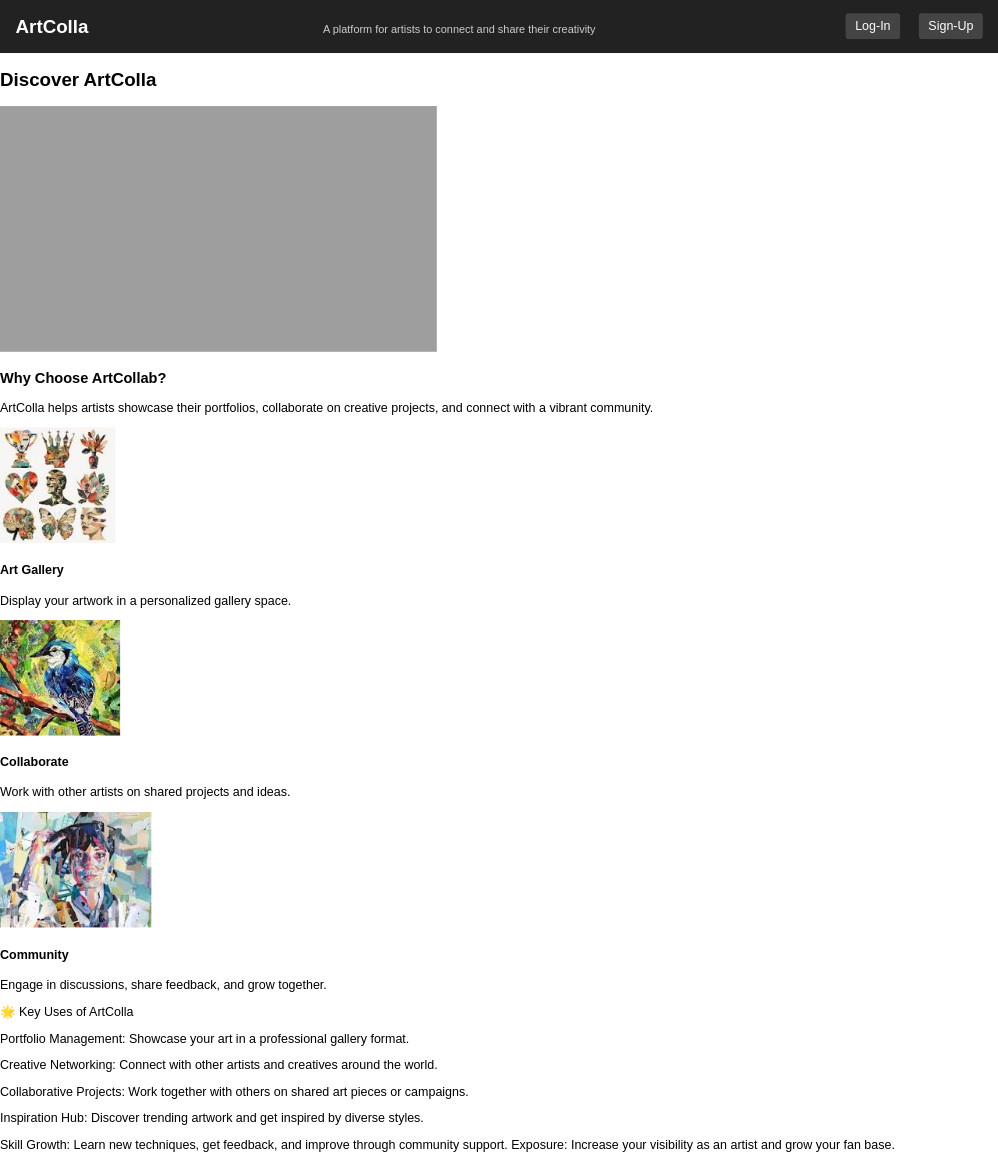
Repository: jeevanReddyP/ArtCollab_App
Page: index.html
An editor plug-in stored every save of this project. The page is shown before and after a run of saves, followed by the edit.
The browser window is 1280 px wide. The pictures show the whole page, at 78% of full size.
Pictures or frames that could not be fetched are drawn as grey boxes.

Above is the page before, as saved 2025-06-11 16:36:45.

### index.html
<!DOCTYPE html>
<html lang="en">
<head>
    <meta charset="UTF-8">
    <meta name="viewport" content="width=device-width, initial-scale=1.0">
    <title>Document</title>
    <link rel="stylesheet" href="index.css">
</head>
<body>
    <div id="navbar">
                 <h2>ArtColla</h2>
            <p>A platform for artists to connect and share their creativity</p>
            <div class="links">
            <a href="login.html">Log-In</a>
            <a href="signup.html">Sign-Up</a>
            </div>
    </div>
   <main id="home-page">
     <section class="intro-video">
  <h2>Discover ArtColla</h2>
  <iframe width="560" height="315"
          src="https://www.youtube.com/embed/BIj71N1tk-0"
          title="Discover ArtColla"
          frameborder="0"
          allow="accelerometer; autoplay; clipboard-write; encrypted-media; gyroscope; picture-in-picture; web-share"
          allowfullscreen>
  </iframe>
</section>
<section class="app-details">
<h3>Why Choose ArtCollab?</h3>
 <p>ArtColla helps artists showcase their portfolios, collaborate on creative projects, and connect with a vibrant community.</p>

  <div class="features">
      <div class="feature">
        <img src="data:[embedded picture, 9487 characters]" alt="Gallery Feature">
        <h4>Art Gallery</h4>
        <p>Display your artwork in a personalized gallery space.</p>
      </div>

      <div class="feature">
        <img src="data:[embedded picture, 12939 characters]" alt="Collaboration Feature">
        <h4>Collaborate</h4>
        <p>Work with other artists on shared projects and ideas.</p>
      </div>

      <div class="feature">
        <img src="data:[embedded picture, 12347 characters]" alt="Community Feature">
        <h4>Community</h4>
        <p>Engage in discussions, share feedback, and grow together.</p>
      </div>
    </div>
</section>
<section class="discription">
<p>
    🌟 Key Uses of ArtColla
<p>Portfolio Management: Showcase your art in a professional gallery format.</p>

<p>Creative Networking: Connect with other artists and creatives around the world.</p>

<p>Collaborative Projects: Work together with others on shared art pieces or campaigns.</p>
<p>Inspiration Hub: Discover trending artwork and get inspired by diverse styles.</p>
Skill Growth: Learn new techniques, get feedback, and improve through community support.

Exposure: Increase your visibility as an artist and grow your fan base.
</p>
</section>
  </main>
</body>
</html>

### index.css
body{
  margin: 0%;
  font-family: sans-serif;
}
#navbar{
background-color:#222;
color: white;
display: flex;
padding: 20px;
justify-content: space-between;
align-items: center;
flex-wrap: wrap;
}
#navbar h2{
   margin: 0;
   font-size: 24px;
}
#navbar p{
    margin: 5px 0 0 0;
    font-size: 14px;
    color: #ccc;
}
.links a{
margin-left: 20px;
text-decoration: none;
color: white;
background-color: #444;
padding: 8px 12px;
border-radius: 4px;
transition: backgroun-color 0.3s;
}
.nav-links a:hover {
  background-color: #666;
}

After the next 4 saves:
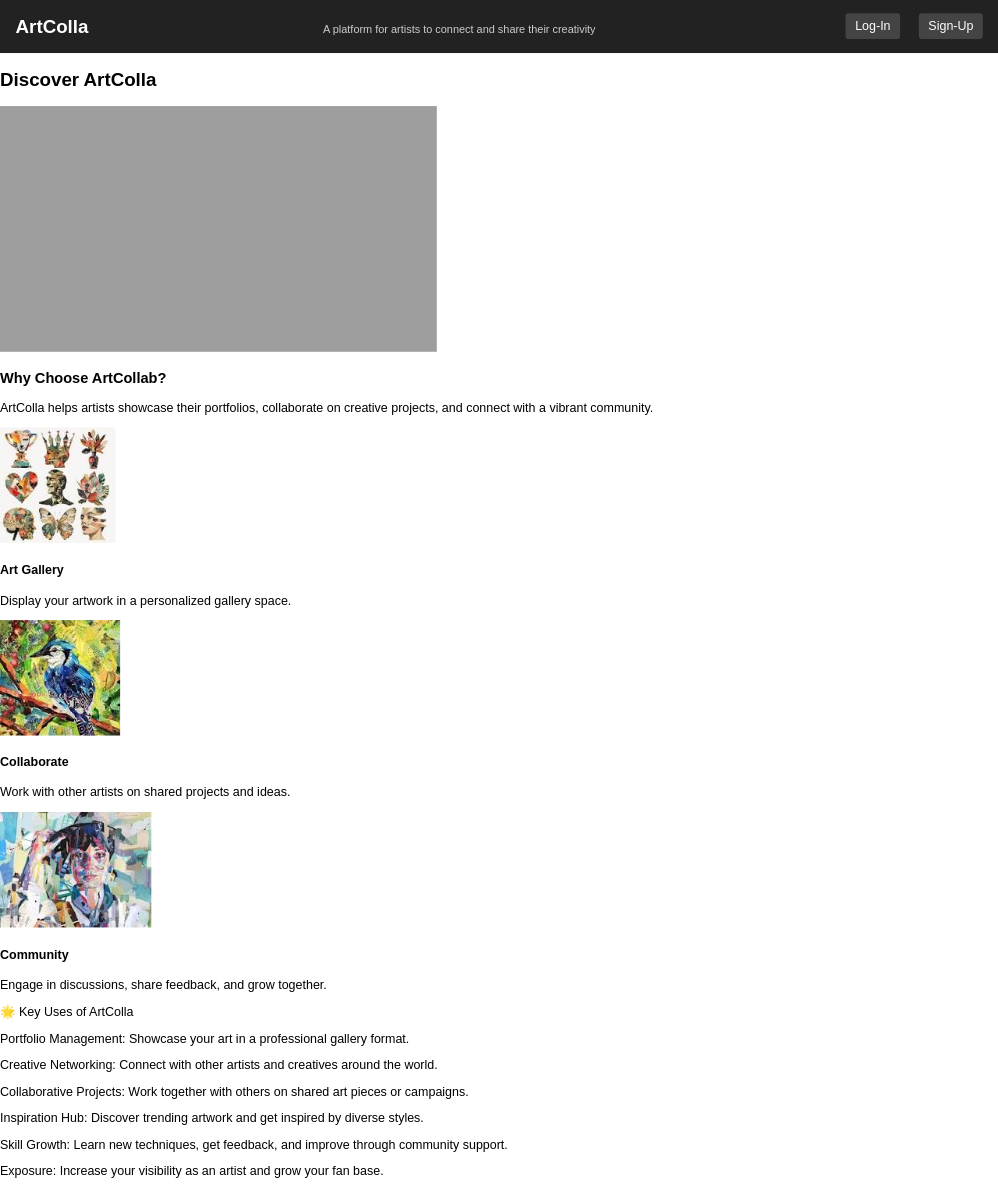
The 4 saves are shown as one change because they came seconds apart.
The last was saved 10 s later.
--- a/index.html
+++ b/index.html
@@ -59,8 +59,7 @@
 
 <p>Collaborative Projects: Work together with others on shared art pieces or campaigns.</p>
 <p>Inspiration Hub: Discover trending artwork and get inspired by diverse styles.</p>
-Skill Growth: Learn new techniques, get feedback, and improve through community support.
-
+<p>Skill Growth: Learn new techniques, get feedback, and improve through community support.</p>
 Exposure: Increase your visibility as an artist and grow your fan base.
 </p>
 </section>
